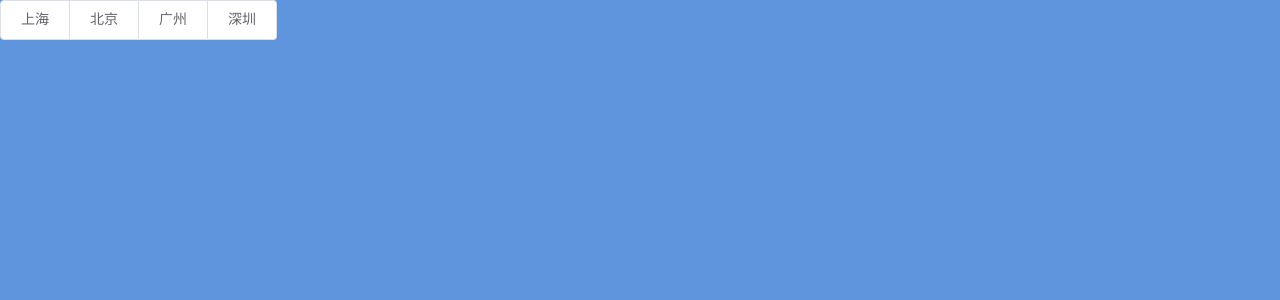
Repository: cmlsir1024/index-test
Page: index.html
The author's editor kept a copy of each file at every save. The page is drawn from the files as they stood at one save, then again after the next save.
The browser window is 1280 px wide. The pictures show the whole page.

Above is the page before, as saved 2023-10-11 11:45:32.

### index.html
<!DOCTYPE html>
<html lang="en">
  <head>
    <meta charset="UTF-8" />
    <meta http-equiv="X-UA-Compatible" content="IE=edge" />
    <meta name="viewport" content="width=device-width, initial-scale=1.0" />

    <title>glb文件渲染</title>
    <script src="./js/vue.js"></script>
    <!-- 引入样式 -->
    <!-- <link rel="stylesheet" href="https://unpkg.com/element-ui/lib/theme-chalk/index.css" /> -->
    <!-- 引入组件库 -->
    <!-- <script src="https://unpkg.com/element-ui/lib/index.js"></script> -->
    <!-- <script src="./js/vue.js"></script> -->
    <!-- 引入样式 -->
    <link rel="stylesheet" href="./css/element-ui.css" />
    <!-- 引入组件库 -->
    <script src="./js/element-ui.js"></script>
    <style>
      html,
      body {
        margin: 0px;
        padding: 0px;
        overflow: hidden;
        background-color: #5e95dd;
      }

      .tag {
        width: 60px;
        height: 30px;
        background: #a5bbd8;
        word-wrap: break-word;
        font-size: 12px;
        pointerevents: none;
      }

      .table-man {
        position: absolute;
        right: 10px;
        top: 0px;
        z-index: 999 !important;
      }

      /*最外层透明*/
      .el-table,
      .el-table__expanded-cell {
        /* background-color: transparent; */
        background-color: rgba(255, 255, 255, 0.5);
      }

      /* 表格内背景颜色 */
      .el-table th,
      .el-table tr,
      .el-table td {
        /* background-color: rgba(94, 150, 223); */
      }

      .el-dropdown-link {
        cursor: pointer;
        color: #ffffff;
        font-size: 16px;
      }

      .el-icon-arrow-down {
        font-size: 16px;
      }

      .ListCss {
        margin-top: 10px;
        margin-bottom: 10px;
        /* width: 100%; */
        display: flex;
        justify-content: flex-end;
      }

      .ist-add {
      }
      .icolor {
        color: chartreuse;
      }
      .xiacolor {
        color: dimgrey;
      }

      /* .buttonCss {
      margin-left: 50%;
    } */
      .el-table tr {
        background-color: transparent;
      }
    </style>
  </head>

  <body>
    <div id="app">
      <el-radio-group v-model="radio1">
        <el-radio-button label="上海"></el-radio-button>
        <el-radio-button label="北京"></el-radio-button>
        <el-radio-button label="广州"></el-radio-button>
        <el-radio-button label="深圳"></el-radio-button>
      </el-radio-group>
    </div>
  </body>

  <script>
    var vm = new Vue({
      el: "#app",

      data: function () {
        return {
          radio1: "",
        };
      },
      created: function () {},
      mounted: function () {},
      methods: {},
    });
  </script>
</html>

Loaded but not shown: js/vue.js (library); css/element-ui.css (library); js/element-ui.js (library)

After the next save:
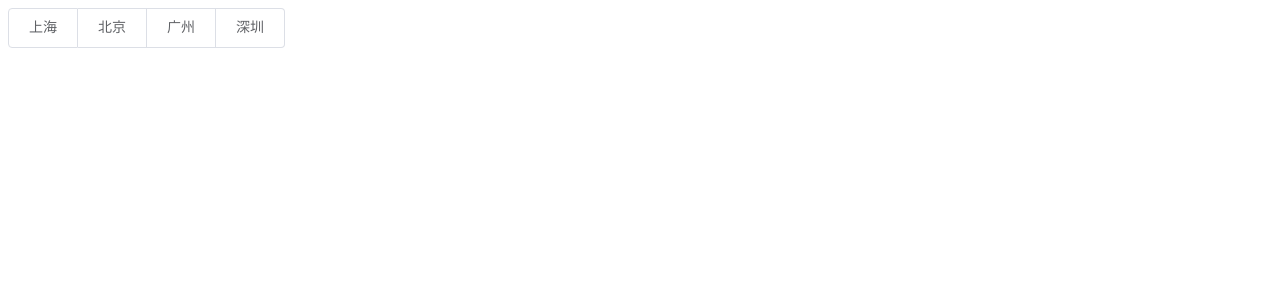
Saved 59 s later.
--- a/index.html
+++ b/index.html
@@ -17,82 +17,14 @@
     <!-- 引入组件库 -->
     <script src="./js/element-ui.js"></script>
     <style>
-      html,
-      body {
-        margin: 0px;
-        padding: 0px;
-        overflow: hidden;
-        background-color: #5e95dd;
-      }
-
-      .tag {
-        width: 60px;
-        height: 30px;
-        background: #a5bbd8;
-        word-wrap: break-word;
-        font-size: 12px;
-        pointerevents: none;
-      }
-
-      .table-man {
-        position: absolute;
-        right: 10px;
-        top: 0px;
-        z-index: 999 !important;
-      }
-
-      /*最外层透明*/
-      .el-table,
-      .el-table__expanded-cell {
-        /* background-color: transparent; */
-        background-color: rgba(255, 255, 255, 0.5);
-      }
-
-      /* 表格内背景颜色 */
-      .el-table th,
-      .el-table tr,
-      .el-table td {
-        /* background-color: rgba(94, 150, 223); */
-      }
-
-      .el-dropdown-link {
-        cursor: pointer;
-        color: #ffffff;
-        font-size: 16px;
-      }
-
-      .el-icon-arrow-down {
-        font-size: 16px;
-      }
-
-      .ListCss {
-        margin-top: 10px;
-        margin-bottom: 10px;
-        /* width: 100%; */
-        display: flex;
-        justify-content: flex-end;
-      }
-
-      .ist-add {
-      }
-      .icolor {
-        color: chartreuse;
-      }
-      .xiacolor {
-        color: dimgrey;
-      }
-
-      /* .buttonCss {
-      margin-left: 50%;
-    } */
-      .el-table tr {
-        background-color: transparent;
+      .box {
       }
     </style>
   </head>
 
   <body>
     <div id="app">
+      <div class="box"></div>
       <el-radio-group v-model="radio1">
         <el-radio-button label="上海"></el-radio-button>
         <el-radio-button label="北京"></el-radio-button>

After the 3 saves that followed:
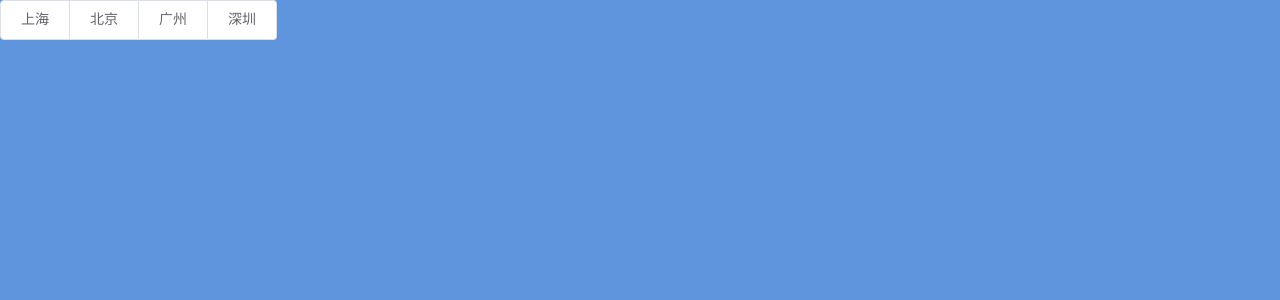
The 3 saves are shown as one change because 2 left the picture as it was.
The last was saved 51 s later.
--- a/index.html
+++ b/index.html
@@ -17,14 +17,85 @@
     <!-- 引入组件库 -->
     <script src="./js/element-ui.js"></script>
     <style>
+      html,
+      body {
+        margin: 0px;
+        padding: 0px;
+        overflow: hidden;
+        background-color: #5e95dd;
+      }
+
+      .tag {
+        width: 60px;
+        height: 30px;
+        background: #a5bbd8;
+        word-wrap: break-word;
+        font-size: 12px;
+        pointerevents: none;
+      }
+
+      .table-man {
+        position: absolute;
+        right: 10px;
+        top: 0px;
+        z-index: 999 !important;
+      }
+
+      /*最外层透明*/
+      .el-table,
+      .el-table__expanded-cell {
+        /* background-color: transparent; */
+        background-color: rgba(255, 255, 255, 0.5);
+      }
+
+      /* 表格内背景颜色 */
+      .el-table th,
+      .el-table tr,
+      .el-table td {
+        /* background-color: rgba(94, 150, 223); */
+      }
+
+      .el-dropdown-link {
+        cursor: pointer;
+        color: #ffffff;
+        font-size: 16px;
+      }
+
+      .el-icon-arrow-down {
+        font-size: 16px;
+      }
+
+      .ListCss {
+        margin-top: 10px;
+        margin-bottom: 10px;
+        /* width: 100%; */
+        display: flex;
+        justify-content: flex-end;
+      }
+
+      .ist-add {
+      }
+      .icolor {
+        color: chartreuse;
+      }
+      .xiacolor {
+        color: dimgrey;
+      }
+
+      /* .buttonCss {
+      margin-left: 50%;
+    } */
+      .el-table tr {
+        background-color: transparent;
+      }
       .box {
+        justify-content: center;
       }
     </style>
   </head>
 
   <body>
     <div id="app">
-      <div class="box"></div>
       <el-radio-group v-model="radio1">
         <el-radio-button label="上海"></el-radio-button>
         <el-radio-button label="北京"></el-radio-button>
